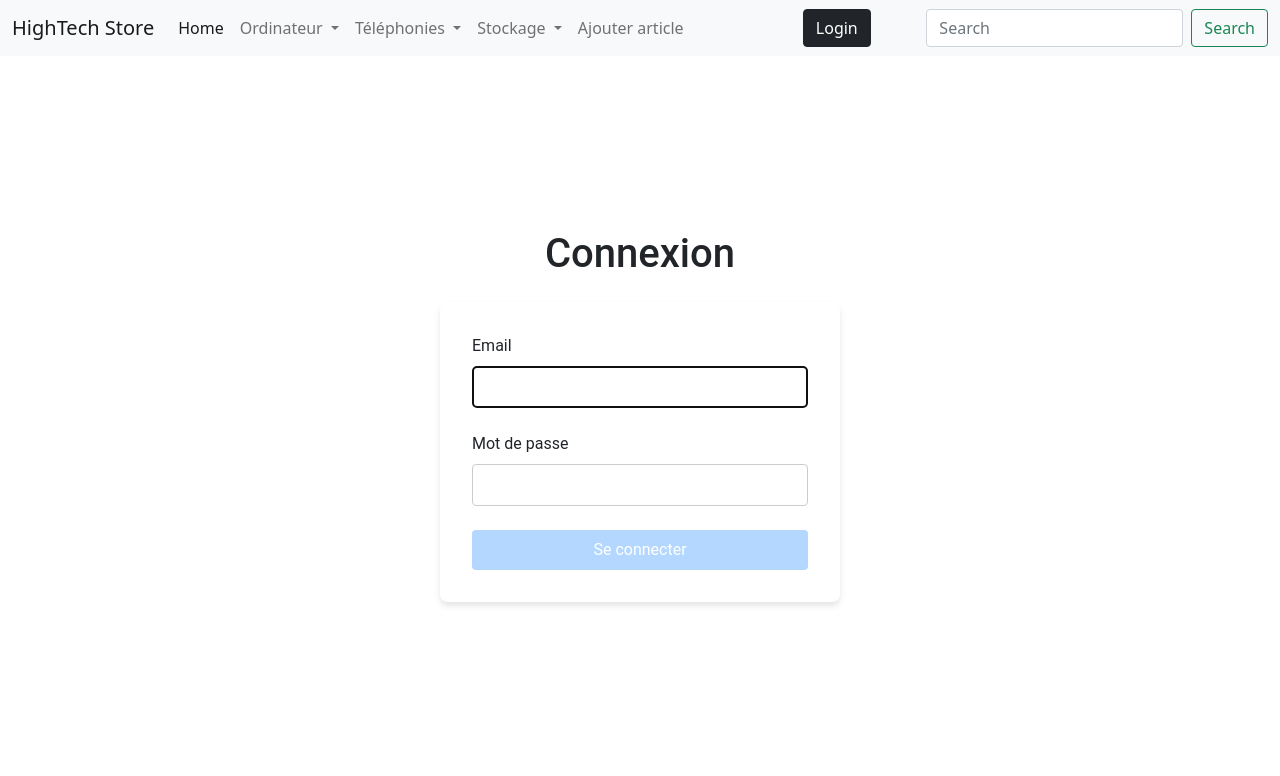
Repository: HaPhuong-krys/M1-angular
Page: /Connexion
An editor plug-in stored every save of this project. The page is shown before and after the next save, followed by the edit.
The browser window is 1280 px wide. The pictures show the whole page.
The project was rebuilt for these pictures with package versions that can differ from the ones it lists, and the page was loaded fresh each time. Also part of the build but not shown: angular.json, src/app/home/home.component.ts, src/app/pc-bureau/pc-bureau.component.ts, src/app/pc-portable/pc-portable.component.ts, src/app/ajouter-article-form/ajouter-article-form.component.ts, src/app/Model/Articles.ts, src/app/accessoire-ordi/accessoire-ordi.component.ts, src/app/smart-phone/smart-phone.component.ts and 10 more.

Above is the page before, as saved 2023-04-23 00:04:06.

### src/index.html
<!doctype html>
<html lang="en">
<head>
  <meta charset="utf-8">
  <title>HighTechStore</title>
  <base href="/">
  <meta name="viewport" content="width=device-width, initial-scale=1">
  <link rel="icon" type="image/x-icon" href="favicon.ico">
  <!-- Boostrap css -->
  <link href="https://cdn.jsdelivr.net/npm/bootstrap@5.0.2/dist/css/bootstrap.min.css"
  rel="stylesheet" integrity="sha384-EVSTQN3/azprG1Anm3QDgpJLIm9Nao0Yz1ztcQTwFspd3yD65VohhpuuCOmLASjC" crossorigin="anonymous">
</head>
<body>
  <app-root></app-root>
   <!-- Boostrap -->
  <script src="https://cdn.jsdelivr.net/npm/@popperjs/core@2.9.2/dist/umd/popper.min.js"
  integrity="sha384-IQsoLXl5PILFhosVNubq5LC7Qb9DXgDA9i+tQ8Zj3iwWAwPtgFTxbJ8NT4GN1R8p" crossorigin="anonymous"></script>
  <script src="https://cdn.jsdelivr.net/npm/bootstrap@5.0.2/dist/js/bootstrap.min.js"
  integrity="sha384-cVKIPhGWiC2Al4u+LWgxfKTRIcfu0JTxR+EQDz/bgldoEyl4H0zUF0QKbrJ0EcQF" crossorigin="anonymous"></script>
</body>
</html>

### src/app/app.module.ts
import { NgModule } from '@angular/core';
import { BrowserModule } from '@angular/platform-browser';

import { AppRoutingModule } from './app-routing.module';
import { AppComponent } from './app.component';
import { NavbarComponent } from './navbar/navbar.component';
import { HomeComponent } from './home/home.component';
import { PcPortableComponent } from './pc-portable/pc-portable.component';
import { PcBureauComponent } from './pc-bureau/pc-bureau.component';
import { ConnexionComponent } from './connexion/connexion.component';
import { PhonesModule } from './modules/phones/phones.module';
import { StockageModule } from './modules/stockage/stockage.module';
import { AjouterArticleFormComponent } from './ajouter-article-form/ajouter-article-form.component';
import {HttpClientModule} from '@angular/common/http';
import { PcPortableServiceService } from './pc-portable-service.service';
import { FormCreationArticleService } from './form-creation-article.service';
import { FooterComponent } from './footer/footer.component';
import { FormsModule } from '@angular/forms';
import { HomeService } from './home.service';
import { PcBureauServiceService } from './pc-bureau-service.service';
import { AccesOrdiServiceService } from './acces-ordi-service.service';
import { AccessoireOrdiComponent } from './accessoire-ordi/accessoire-ordi.component';
import { SmartPhoneComponent } from './smart-phone/smart-phone.component';
import { SmartPhoneServiceService } from './smart-phone-service.service';
import { TelephoneFixComponent } from './telephone-fix/telephone-fix.component';
import { TelephoneFixServiceService } from './telephone-fix-service.service';
import { AccessoireTelfixComponent } from './accessoire-telfix/accessoire-telfix.component';
import { AccesTelfixServiceService } from './acces-telfix-service.service';
import { DisqueDurComponent } from './disque-dur/disque-dur.component';
import { UsbComponent } from './usb/usb.component';
import { AccessoireStockageComponent } from './accessoire-stockage/accessoire-stockage.component';
import { DisqueDurServiceService } from './disque-dur-service.service';
import { UsersComponent } from './users/users.component';
import { DeconnexionComponent } from './deconnexion/deconnexion.component';

@NgModule({
  declarations: [
    AppComponent,
    NavbarComponent,
    HomeComponent,
    PcPortableComponent,
    PcBureauComponent,
    ConnexionComponent,
    AjouterArticleFormComponent,
    FooterComponent,
    AccessoireOrdiComponent,
    SmartPhoneComponent,
    TelephoneFixComponent,
    AccessoireTelfixComponent,
    DisqueDurComponent,
    UsbComponent,
    AccessoireStockageComponent,
    UsersComponent,
    DeconnexionComponent,


  ],
  imports: [
    BrowserModule,
    AppRoutingModule,
    PhonesModule,
    StockageModule,
    HttpClientModule,
    FormsModule
  ],
  providers: [
    PcPortableServiceService,
    FormCreationArticleService,
    HomeService,
    PcBureauServiceService,
    AccesOrdiServiceService,
    SmartPhoneServiceService,
    TelephoneFixServiceService,
    AccesTelfixServiceService,
    DisqueDurServiceService
  ],
  bootstrap: [AppComponent]
})
export class AppModule { }

### src/app/app-routing.module.ts
import { NgModule } from '@angular/core';
import { RouterModule, Routes } from '@angular/router';
import { ConnexionComponent } from './connexion/connexion.component';
import { HomeComponent } from './home/home.component';
import { PcBureauComponent } from './pc-bureau/pc-bureau.component';
import { PcPortableComponent } from './pc-portable/pc-portable.component';
import { AjouterArticleFormComponent } from './ajouter-article-form/ajouter-article-form.component';
import { AccessoireOrdiComponent } from './accessoire-ordi/accessoire-ordi.component';
import { SmartPhoneComponent } from './smart-phone/smart-phone.component';
import { TelephoneFixComponent } from './telephone-fix/telephone-fix.component';
import { AccessoireTelfixComponent } from './accessoire-telfix/accessoire-telfix.component';
import { DisqueDurComponent } from './disque-dur/disque-dur.component';
import { UsbComponent } from './usb/usb.component';
import { AccessoireStockageComponent } from './accessoire-stockage/accessoire-stockage.component';

const routes: Routes = [
  { path:'home', component:HomeComponent},
  { path: 'PcPortable', component: PcPortableComponent},
  { path: 'PcBureau', component: PcBureauComponent},
  { path: 'Connexion', component: ConnexionComponent},
  { path: 'AjouterAticleForm', component: AjouterArticleFormComponent},
  { path: 'AccessoireOrdi', component: AccessoireOrdiComponent},
  { path: 'SmartPhone', component: SmartPhoneComponent},
  { path: 'telephoneFix', component: TelephoneFixComponent},
  { path: 'AccessoireTelFix', component: AccessoireTelfixComponent},
  { path: 'DisqueDur', component: DisqueDurComponent},
  { path: 'USB', component: UsbComponent},
  { path: 'AccessoireStock', component : AccessoireStockageComponent}
];

@NgModule({
  imports: [RouterModule.forRoot(routes)],
  exports: [RouterModule]
})
export class AppRoutingModule { }

### src/app/app.component.ts
import { Component } from '@angular/core';

@Component({
  selector: 'app-root',
  templateUrl: './app.component.html',
  styleUrls: ['./app.component.css']
})
export class AppComponent {
  title = 'HighTechStore';
}

### src/app/connexion/connexion.component.ts
// connexion.component.ts
import { Component } from '@angular/core';
import { NgForm } from '@angular/forms';
import { AuthService } from './auth.service';

@Component({
  selector: 'app-connexion',
  templateUrl: './connexion.component.html',
  styleUrls: ['./connexion.component.css']
})
export class ConnexionComponent {
  user = {
    username: '',
    password: ''
  };

  constructor(private authService: AuthService) {}

  onSubmit(form: NgForm) {
    if (form.valid) {
      this.authService.login(this.user.username, this.user.password).subscribe(response => {
        // Gérer la réponse et stocker les informations d'authentification
      });
    }
  }
}

### src/app/modules/phones/phones.module.ts
import { NgModule } from '@angular/core';
import { CommonModule } from '@angular/common';

import { PhonesRoutingModule } from './phones-routing.module';


@NgModule({
  declarations: [],
  imports: [
    CommonModule,
    PhonesRoutingModule
  ]
})
export class PhonesModule { }

### src/app/modules/stockage/stockage.module.ts
import { NgModule } from '@angular/core';
import { CommonModule } from '@angular/common';

import { StockageRoutingModule } from './stockage-routing.module';


@NgModule({
  declarations: [],
  imports: [
    CommonModule,
    StockageRoutingModule
  ]
})
export class StockageModule { }

### src/app/pc-portable-service.service.ts
import { Injectable } from '@angular/core';
import  { HttpClient, HttpClientModule } from  '@angular/common/http';
import { Observable } from 'rxjs';
import { Articles } from './Model/Articles';


@Injectable({
  providedIn: 'root'
})
export class PcPortableServiceService {
  url_portable = 'http://localhost:8080/Projet-REST-V1/articles/list/PC_Portable';

  constructor(private http:HttpClient) { }

  getArticlePcPortable():Observable<Array<Articles>>{
    return this.http.get<Array<Articles>>(this.url_portable);
  }
}

### src/app/form-creation-article.service.ts
import { Injectable } from '@angular/core';
import  { HttpClient, HttpClientModule, HttpHeaders } from  '@angular/common/http';
import { Observable } from 'rxjs';
import { Categories } from './Model/Categories';
import { Articles } from './Model/Articles';


@Injectable({
  providedIn: 'root'
})
export class FormCreationArticleService {

  url = 'http://localhost:8080/Projet-REST-V1/categories/list';

  addUrl = 'http://localhost:8080/Projet-REST-V1/articles';

  articleData: any = {};

  constructor(private http:HttpClient) { }

  getAllCategories():Observable<Array<Categories>>{
    return this.http.get<Array<Categories>>(this.url);
  }

  httpOptions = {
    headers: new HttpHeaders({ 'Content-Type': 'application/json' })
  };

  addArticle(article: Articles): Observable<Articles> {
    const url = `${this.addUrl}/add`;
    return this.http.post<Articles>(url, article, this.httpOptions);
    //return this.http.post<Articles[]>(`${this.addUrl}/add`, article);
  }

}

### src/app/home.service.ts
import { Injectable } from '@angular/core';
import  { HttpClient, HttpClientModule, HttpHeaders } from  '@angular/common/http';
import { Observable } from 'rxjs';
import { Categories } from './Model/Categories';
import { Articles } from './Model/Articles';

@Injectable({
  providedIn: 'root'
})
export class HomeService {
  url = 'http://localhost:8080/Projet-REST-V1/articles/list';
  articleData: any = {};

  constructor(private http:HttpClient) { }

  getAllArticle():Observable<Array<Articles>>{
    return this.http.get<Array<Articles>>(this.url);
  }
}

### src/app/pc-bureau-service.service.ts
import { HttpClient } from '@angular/common/http';
import { Injectable } from '@angular/core';
import { Observable } from 'rxjs';
import { Articles } from './Model/Articles';

@Injectable({
  providedIn: 'root'
})
export class PcBureauServiceService {

  url_bureau = 'http://localhost:8080/Projet-REST-V1/articles/list/PC_Bureau';

  constructor(private http:HttpClient) { }

  getArticlePcBureau():Observable<Array<Articles>>{
    return this.http.get<Array<Articles>>(this.url_bureau);
  }
}

### src/app/acces-ordi-service.service.ts
import { HttpClient } from '@angular/common/http';
import { Injectable } from '@angular/core';
import { Observable } from 'rxjs';
import { Articles } from './Model/Articles';

@Injectable({
  providedIn: 'root'
})
export class AccesOrdiServiceService {

  access_ordi = 'http://localhost:8080/Projet-REST-V1/articles/list/accessoire_ordi';
  constructor(private http:HttpClient) { }

  getArticleAccesoireOrdi(): Observable<Array<Articles>>{
    return this.http.get<Array<Articles>>(this.access_ordi);
  }
}

### src/app/smart-phone-service.service.ts
import { HttpClient } from '@angular/common/http';
import { Injectable } from '@angular/core';
import { Observable } from 'rxjs';
import { Articles } from './Model/Articles';

@Injectable({
  providedIn: 'root'
})
export class SmartPhoneServiceService {

  url_smartphone = 'http://localhost:8080/Projet-REST-V1/articles/list/smartphone';


  constructor(private http: HttpClient) { }

  getArticleSmartphone():Observable<Array<Articles>>{
    return this.http.get<Array<Articles>>(this.url_smartphone);
  }
}

### src/app/telephone-fix-service.service.ts
import { HttpClient } from '@angular/common/http';
import { Injectable } from '@angular/core';
import { Articles } from './Model/Articles';

@Injectable({
  providedIn: 'root'
})
export class TelephoneFixServiceService {
  url_telFix = 'http://localhost:8080/Projet-REST-V1/articles/list/telephoneFix';

  constructor(private http: HttpClient) { }

  getArticleTelephoneFix(){
    return this.http.get<Array<Articles>>(this.url_telFix);
  }
}

### src/app/acces-telfix-service.service.ts
import { HttpClient } from '@angular/common/http';
import { Injectable } from '@angular/core';
import { Articles } from './Model/Articles';

@Injectable({
  providedIn: 'root'
})
export class AccesTelfixServiceService {

  url_accesstel= 'http://localhost:8080/Projet-REST-V1/articles/list/accessoire_tel';

  constructor(private http:HttpClient) { }

  getArticleAccessoireTelFix(){
    return this.http.get<Array<Articles>>(this.url_accesstel);
  }

}

### src/app/disque-dur-service.service.ts
import { HttpClient } from '@angular/common/http';
import { Injectable } from '@angular/core';
import { Articles } from './Model/Articles';

@Injectable({
  providedIn: 'root'
})
export class DisqueDurServiceService {

  url_disque = 'http://localhost:8080/Projet-REST-V1/articles/list/Disque_dur';

  constructor(private http:HttpClient) { }

  getArticleDisqurDur(){
    return this.http.get<Array<Articles>>(this.url_disque);
  }

}

### src/app/navbar/navbar.component.html

<nav class="navbar navbar-expand-lg navbar-light bg-light">
    <div class="container-fluid">
      <a class="navbar-brand" href="#">HighTech Store</a>
      <button class="navbar-toggler" type="button" data-bs-toggle="collapse" data-bs-target="#navbarSupportedContent" aria-controls="navbarSupportedContent" aria-expanded="false" aria-label="Toggle navigation">
        <span class="navbar-toggler-icon"></span>
      </button>
      <div class="collapse navbar-collapse" id="navbarSupportedContent">
        <ul class="navbar-nav me-auto mb-2 mb-lg-0">
          <li class="nav-item">
            <a class="nav-link active" aria-current="page" href="/home">Home</a>
          </li>
          <li class="nav-item dropdown">
            <a class="nav-link dropdown-toggle" href="#" id="navbarDropdown" role="button" data-bs-toggle="dropdown" aria-expanded="false">
              Ordinateur
            </a>
            <ul class="dropdown-menu" aria-labelledby="navbarDropdown">
              <li><a class="dropdown-item" routerLink="/PcPortable">Pc Portable</a></li>
              <li><a class="dropdown-item" routerLink="/PcBureau">Pc Bureau</a></li>
              <li><hr class="dropdown-divider"></li>
              <li><a class="dropdown-item" href="/AccessoireOrdi">Accessoire</a></li>
            </ul>
          </li>
          <li class="nav-item dropdown">
            <a class="nav-link dropdown-toggle" href="#" id="navbarDropdown" role="button" data-bs-toggle="dropdown" aria-expanded="false">
              Téléphonies
            </a>
            <ul class="dropdown-menu" aria-labelledby="navbarDropdown">
              <li><a class="dropdown-item" routerLink="/SmartPhone">Smart Phone</a></li>
              <li><a class="dropdown-item" routerLink="/telephoneFix">Téléphone Fixe</a></li>
              <li><hr class="dropdown-divider"></li>
              <li><a class="dropdown-item" href="/AccessoireTelFix">Accessoire</a></li>
            </ul>
          </li>

          <li class="nav-item dropdown">
            <a class="nav-link dropdown-toggle" href="#" id="navbarDropdown" role="button" data-bs-toggle="dropdown" aria-expanded="false">
              Stockage
            </a>
            <ul class="dropdown-menu" aria-labelledby="navbarDropdown">
              <li><a class="dropdown-item" routerLink="/DisqueDur">Disque Dur</a></li>
              <li><a class="dropdown-item" routerLink="/USB">Clé USB</a></li>
              <li><hr class="dropdown-divider"></li>
              <li><a class="dropdown-item" href="/AccessoireStock">Accessoire</a></li>
            </ul>
          </li>

          <li class="nav-item">
            <a class="nav-link" href="/AjouterAticleForm">Ajouter article</a>
          </li>


        </ul>
        <div class="ms-auto ">
            <a href="/Connexion" class="btn btn-dark" role="button">Login</a>
        </div>
        <form class="d-flex ms-auto ms-1">
          <input class="form-control me-2" type="search" placeholder="Search" aria-label="Search">
          <button class="btn btn-outline-success" type="submit">Search</button>
        </form>

      </div>
    </div>
  </nav>

### src/app/connexion/connexion.component.html
<!-- login.component.html -->
<div class="login-container">
    <h1>Connexion</h1>
    <div class="form-container">
    <form (submit)="onSubmit(loginForm)" #loginForm="ngForm">
      <div class="form-group">
        <label for="email">Email</label>
        <input type="text" id="username" name="username" [(ngModel)]="user.username" required autofocus>
      </div>

      <div class="form-group">
        <label for="password">Mot de passe</label>
        <input type="password" id="password" name="password" [(ngModel)]="user.password" required>
      </div>

      <button type="submit" [disabled]="!loginForm.valid">Se connecter</button>
    </form>
  </div>

### src/app/connexion/connexion.component.css
/* connexion.component.css */
/* connexion.component.css */
.login-container {
    display: flex;
    flex-direction: column;
    justify-content: center;
    align-items: center;
    min-height: 100vh;
    font-family: 'Roboto', sans-serif;
  }

  h1 {
    text-align: center;
    margin-bottom: 1.5rem;
  }

  .form-container {
    background-color: #ffffff;
    padding: 2rem;
    border-radius: 8px;
    box-shadow: 0 4px 6px rgba(0, 0, 0, 0.1);
    width: 100%;
    max-width: 400px;
  }

.form-group {
  display: flex;
  flex-direction: column;
  margin-bottom: 1.5rem;
}

label {
  margin-bottom: 0.5rem;
}

input {
  padding: 0.5rem;
  font-size: 1rem;
  border: 1px solid #cccccc;
  border-radius: 4px;
}

button {
  cursor: pointer;
  background-color: #007bff;
  color: #ffffff;
  padding: 0.5rem;
  font-size: 1rem;
  border: none;
  border-radius: 4px;
  width: 100%;
}

button:hover {
  background-color: #0069d9;
}

button:disabled {
  background-color: #b3d7ff;
  cursor: not-allowed;
}

### src/app/connexion/auth.service.ts
// auth.service.ts
import { Injectable } from '@angular/core';
import { HttpClient } from '@angular/common/http';
import { Observable } from 'rxjs';

@Injectable({
  providedIn: 'root'
})
export class AuthService {
  private apiUrl = 'http://localhost:8080/api/auth'; // Remplacez cette URL par celle de votre propre API d'authentification

  constructor(private http: HttpClient) {}

  login(username: string, password: string): Observable<any> {
    const body = {
      username,
      password
    };
    return this.http.post(`${this.apiUrl}/login`, body);
  }

  // Ajoutez d'autres méthodes d'authentification si nécessaire, comme register(), logout(), etc.
}

### src/app/modules/phones/phones-routing.module.ts
import { NgModule } from '@angular/core';
import { RouterModule, Routes } from '@angular/router';

const routes: Routes = [];

@NgModule({
  imports: [RouterModule.forChild(routes)],
  exports: [RouterModule]
})
export class PhonesRoutingModule { }

### src/app/modules/stockage/stockage-routing.module.ts
import { NgModule } from '@angular/core';
import { RouterModule, Routes } from '@angular/router';

const routes: Routes = [];

@NgModule({
  imports: [RouterModule.forChild(routes)],
  exports: [RouterModule]
})
export class StockageRoutingModule { }

Loaded but not shown: src/styles.css (common file); src/main.ts (common file); src/app/navbar/navbar.component.ts (common file); src/app/app.component.html (common file); src/app/app.component.css (no stored copy; drawn as an empty file); src/app/navbar/navbar.component.css (no stored copy; drawn as an empty file)

After the next save:
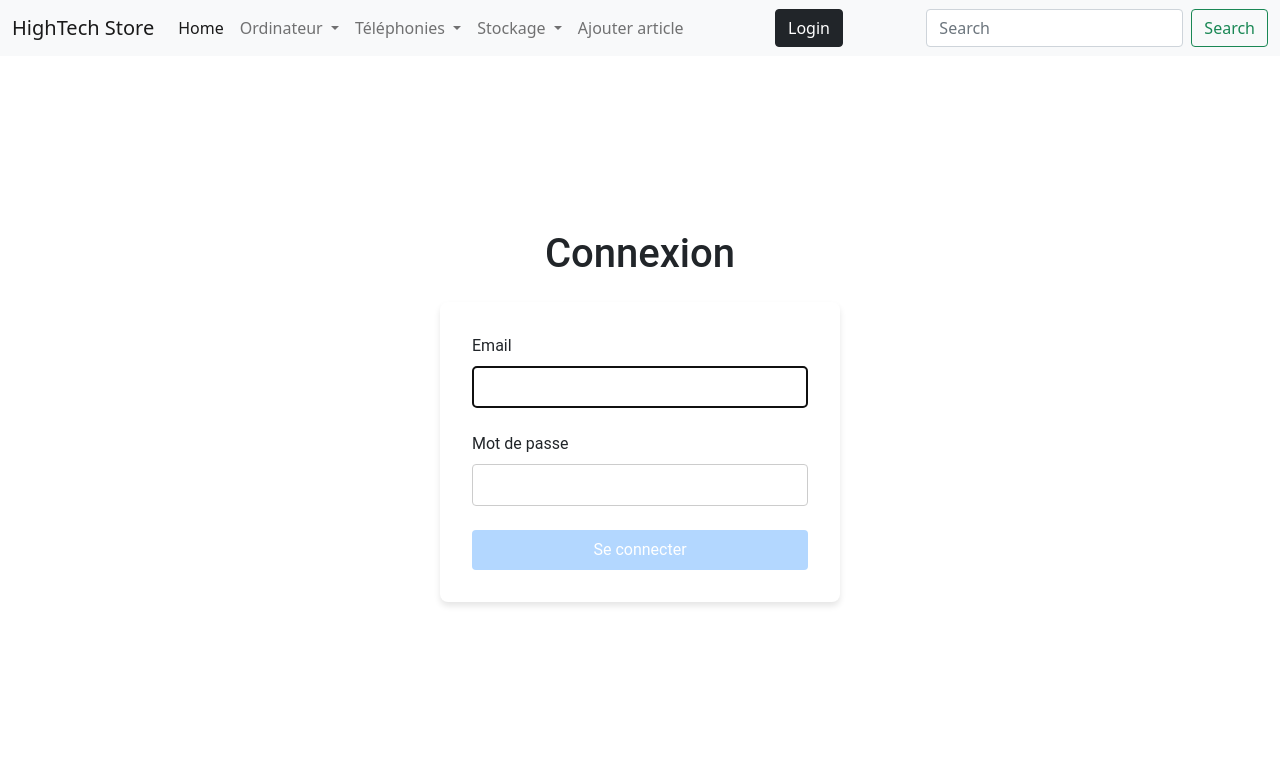
Saved 10 s later.
--- a/src/app/navbar/navbar.component.html
+++ b/src/app/navbar/navbar.component.html
@@ -51,7 +51,7 @@
 
 
         </ul>
-        <div class="ms-auto ">
+        <div class="">
             <a href="/Connexion" class="btn btn-dark" role="button">Login</a>
         </div>
         <form class="d-flex ms-auto ms-1">

After the save that followed:
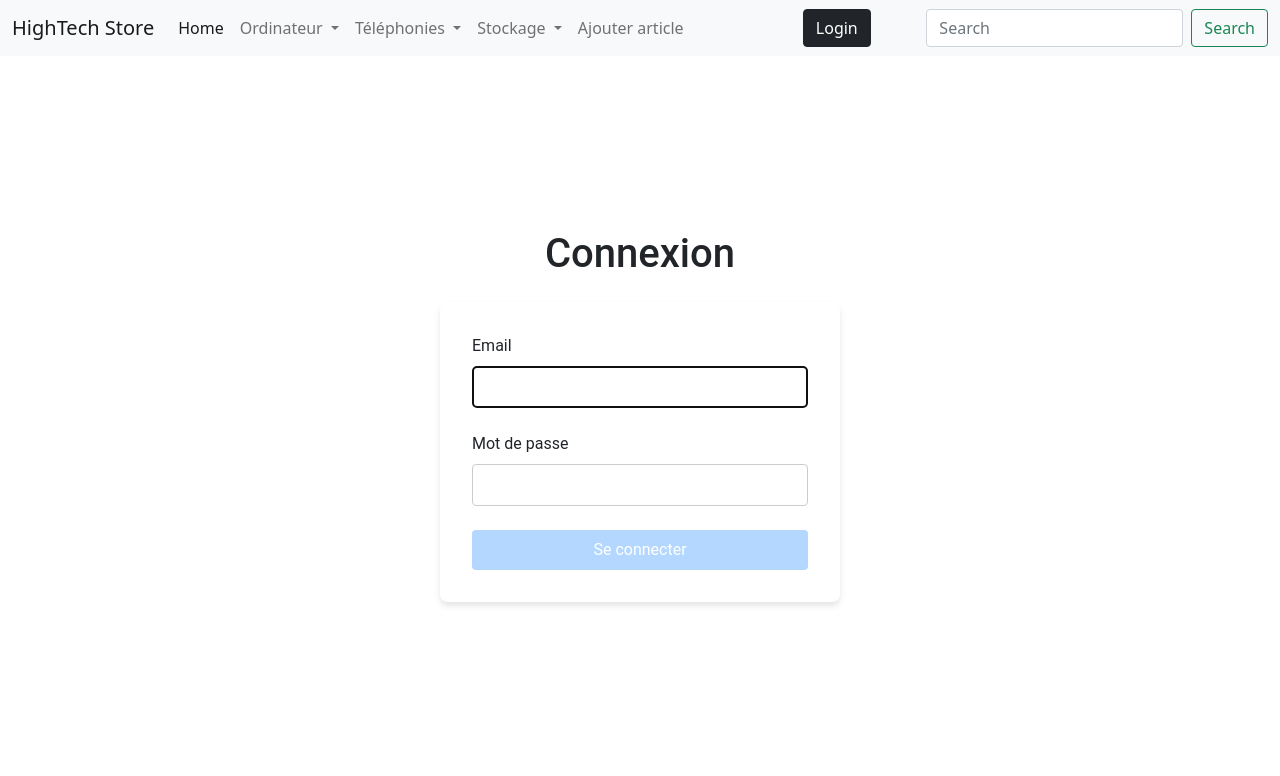
Saved 11 s later.
--- a/src/app/navbar/navbar.component.html
+++ b/src/app/navbar/navbar.component.html
@@ -51,7 +51,7 @@
 
 
         </ul>
-        <div class="">
+        <div class="ms-auto ms-2">
             <a href="/Connexion" class="btn btn-dark" role="button">Login</a>
         </div>
         <form class="d-flex ms-auto ms-1">
